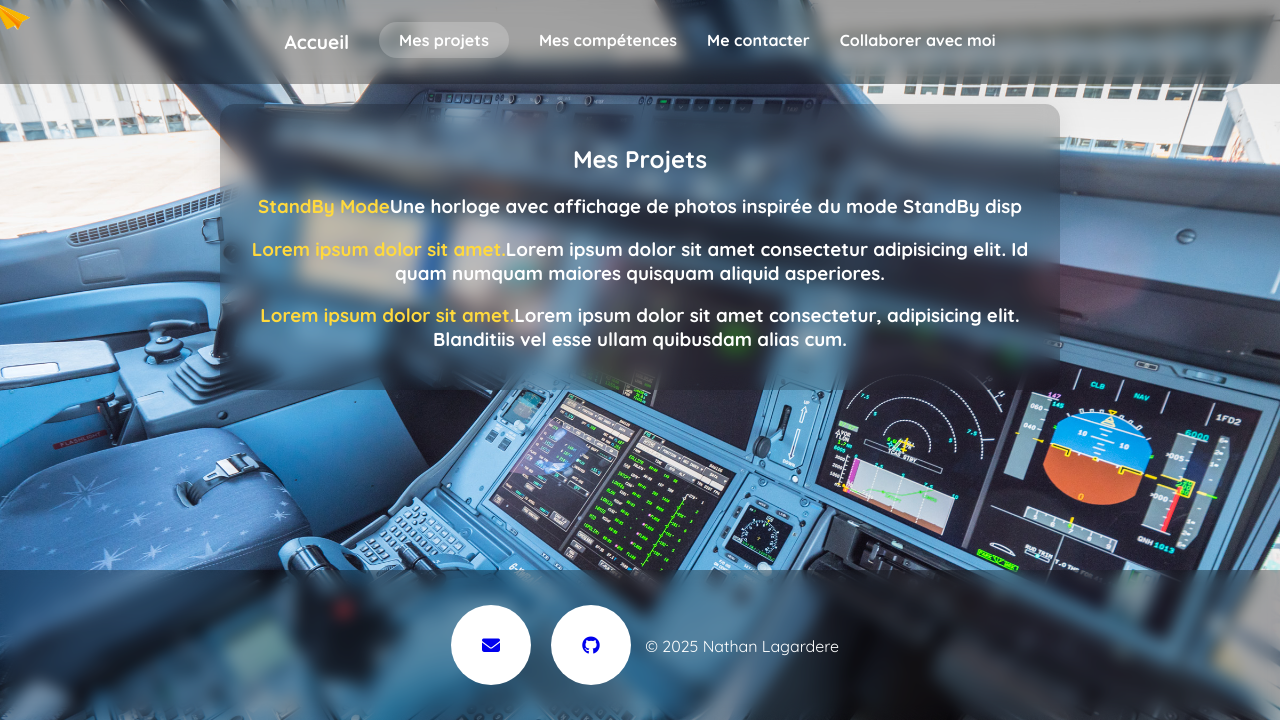
Repository: nlagardere/myportfolio
Page: projects.html
These files come from the project's save history. The page is drawn as it stood at one moment and after a run of saves; the edit follows.
The browser window is 1280 px wide. The pictures show the whole page.

Above is the page before, as saved 2025-09-07 12:01:10.

### projects.html
<!DOCTYPE html>
<html lang="fr">
<head>
  <meta charset="UTF-8">
  <meta name="viewport" content="width=device-width, initial-scale=1.0">
  <title>Portfolio</title>

  <link href="https://fonts.googleapis.com/css2?family=Exo+2:wght@400;700&family=Quicksand:wght@400;700&display=swap" rel="stylesheet">
  <link rel="stylesheet" href="https://cdnjs.cloudflare.com/ajax/libs/font-awesome/6.5.0/css/all.min.css">

  <style>
    html{
      scroll-behavior: smooth;
      cursor: none;
    }

    body {
      font-family: 'Quicksand', sans-serif;
      margin: 0;
      padding: 0;
      min-height: 100vh;
      display: flex;
      flex-direction: column;
      background: url('a350.jpg') no-repeat center center;
      background-size: cover;
      color: #fff;

    }

    header {
      text-align: center;
      padding: 30px 20px;
      background: rgba(0,0,0,0.3);
      backdrop-filter: blur(8px);
    }

    .glasscard, .competences {
      background: rgba(0, 0, 0, 0.2);
      border-radius: 15px;
      padding: 20px;
      margin: 20px auto;
      max-width: 800px;
      backdrop-filter: blur(10px);
      box-shadow: 0 4px 30px rgba(0,0,0,0.1);
      text-align: center;
      animation: zoomPop 1s ease forwards;
      color: white;
    }

    .highlight {
      color: #FFD93D;
      font-weight: bold;
    }

    @keyframes zoomPop {
      0% { opacity: 0; transform: scale(0.1) translateZ(-800px); }
      60% { opacity: 1; transform: scale(1.2) translateZ(50px); }
      80% { transform: scale(0.95) translateZ(0); }
      100% { opacity: 1; transform: scale(1) translateZ(0); }
    }

    .wrapper {
      display: inline-flex;
      justify-content: center;
      list-style: none;
      padding: 20px 0;
      margin: 0 auto;
    }

    .wrapper .icon {
      position: relative;
      background: #ffffff;
      border-radius: 50%;
      padding: 15px;
      margin: 0 10px;
      width: 50px;
      height: 50px;
      font-size: 18px;
      display: flex;
      justify-content: center;
      align-items: center;
      cursor: pointer;
      transition: all 0.2s cubic-bezier(0.68, -0.55, 0.265, 1.55);
    }

    .wrapper .tooltip {
      position: absolute;
      bottom: 100%;
      left: 50%;
      transform: translateX(-50%) translateY(-10px);
      font-size: 14px;
      background: #333;
      color: #fff;
      padding: 5px 8px;
      border-radius: 5px;
      opacity: 0;
      pointer-events: none;
      white-space: nowrap;
      transition: all 0.3s cubic-bezier(0.68, -0.55, 0.265, 1.55);
      z-index: 10;
    }

    .wrapper .tooltip::before {
      content: "";
      position: absolute;
      top: 100%;
      left: 50%;
      transform: translateX(-50%) rotate(45deg);
      width: 8px;
      height: 8px;
      background: #333;
    }

    .wrapper .icon:hover .tooltip {
      opacity: 1;
      pointer-events: auto;
      transform: translateX(-50%) translateY(-15px);
    }

    .wrapper .mail:hover,
    .wrapper .mail:hover .tooltip,
    .wrapper .mail:hover .tooltip::before {
      background: #00CED1;
      color: #fff;
    }

    .wrapper .github:hover,
    .wrapper .github:hover .tooltip,
    .wrapper .github:hover .tooltip::before {
      background: #333333;
      color: #fff;
    }

    .footer{
      text-align: center;
      padding: 15px 20px;
      background: rgba(0,0,0,0.3);
      backdrop-filter: blur(8px);
      color: white;
      margin-top: auto;
    }

    .navbar ul {
      list-style: none;
      padding: 0;
      margin: 0;
      display: flex;
      justify-content: center;
      gap: 30px;
      flex-wrap: wrap;
    }
    .navbar ul li {
      display: inline;
    }
    .navbar ul li a {
      text-decoration: none;
      color: white;
      font-weight: bold;
      transition: color 0.3s;
    }
    .navbar ul li a:hover {
      color: #FFD93D;
    }

    .navbar .accueil a {
      font-size: 1.2em;
      font-weight: bold;
      color: #ffffff;
    }
    .navbar .accueil a:hover {
      color: #FFD93D;
    }

    .projets-wrapper {
      background: rgba(255, 255, 255, 0.2);
      backdrop-filter: blur(10px);
      padding: 8px 20px;
      border-radius: 25px;
      color: #fff;
      font-weight: bold;
      transition: all 0.3s ease;
    }

    .projets-wrapper:hover {
      background: rgba(255, 255, 255, 0.4);
      transform: scale(1.05);
      color: #FFD93D;
    }

    #mouse {
  position: fixed;
  top: 0;
  left: 0;
  width: 64px;
  height: 64px;
  background: url('cursor.png') no-repeat center center;
  background-size: contain;
  pointer-events: none; /* pour que le curseur ne bloque pas les clics */
  transform: translate(-50%, -50%);
  z-index: 9999;
  transform: translate(-35%, -25%);
  pointer-events: none;
}
::selection {
  background-color: #ffcc00; /* couleur de fond */
  color: #000000;            /* couleur du texte */
}



    @media (max-width: 600px) {
      .letter-block .letter {
        font-size: 2.5em;
      }
    }

  </style>
</head>
<body>
  <div id="mouse"></div>
  <header>
    <nav class="navbar">
      <ul>
        <li class="accueil">
          <a href="index.html">Accueil</a>
        </li>
        <li><a href="projects.html" class="projets-wrapper">Mes projets</a></li>
        <li><a href="competences.html">Mes compétences</a></li>
        <li><a href="contact.html">Me contacter</a></li>
        <li><a href="collaborate.html">Collaborer avec moi</a></li>
      </ul>
    </nav>
  </header>

 <div calss="projects">
    <div class="glasscard">
      <h2>Mes Projets</h2>
      <h3><span class="highlight">StandBy Mode</span>Une horloge avec affichage de photos inspirée du mode StandBy disp</h3>
      <h3><span class="highlight">Lorem ipsum dolor sit amet.</span>Lorem ipsum dolor sit amet consectetur adipisicing elit. Id quam numquam maiores quisquam aliquid asperiores.</h3>
      <h3><span class="highlight">Lorem ipsum dolor sit amet.</span>Lorem ipsum dolor sit amet consectetur, adipisicing elit. Blanditiis vel esse ullam quibusdam alias cum.</h3>
    </div>
  </div>



  <div class="footer">
    <ul class="wrapper">
      <li class="icon mail">
        <a href="mailto:nathan.lagardere@gmail.com" target="_blank">
          <span class="tooltip">Mail</span>
          <i class="fas fa-envelope"></i>
        </a>
      </li>
      <li class="icon github">
        <a href="https://github.com/nlagardere" target="_blank">
          <span class="tooltip">Github</span>
          <i class="fab fa-github"></i>
        </a>
      </li>
    </ul>
    © 2025 Nathan Lagardere
  </div>

  <script>
    const mouse = document.querySelector('#mouse')
    window.addEventListener('mousemove', (e) => {
      mouse.style.top = e.pageY + 'px'
      mouse.style.left = e.pageX + 'px'
    })
  </script>
</body>
</html>

After the next 2 saves:
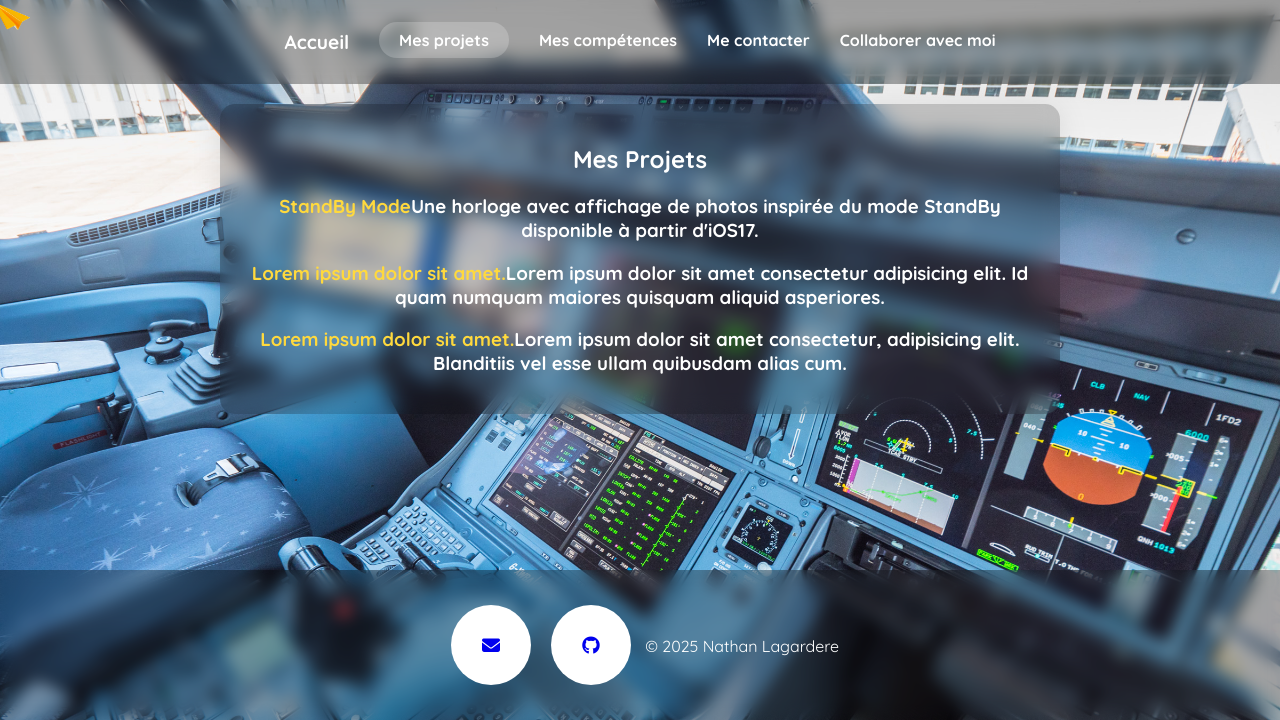
The 2 saves are shown as one change because they came seconds apart.
The last was saved 13 s later.
--- a/projects.html
+++ b/projects.html
@@ -235,7 +235,7 @@
  <div calss="projects">
     <div class="glasscard">
       <h2>Mes Projets</h2>
-      <h3><span class="highlight">StandBy Mode</span>Une horloge avec affichage de photos inspirée du mode StandBy disp</h3>
+      <h3><span class="highlight">StandBy Mode</span>Une horloge avec affichage de photos inspirée du mode StandBy disponible à partir d'iOS17.</h3>
       <h3><span class="highlight">Lorem ipsum dolor sit amet.</span>Lorem ipsum dolor sit amet consectetur adipisicing elit. Id quam numquam maiores quisquam aliquid asperiores.</h3>
       <h3><span class="highlight">Lorem ipsum dolor sit amet.</span>Lorem ipsum dolor sit amet consectetur, adipisicing elit. Blanditiis vel esse ullam quibusdam alias cum.</h3>
     </div>
